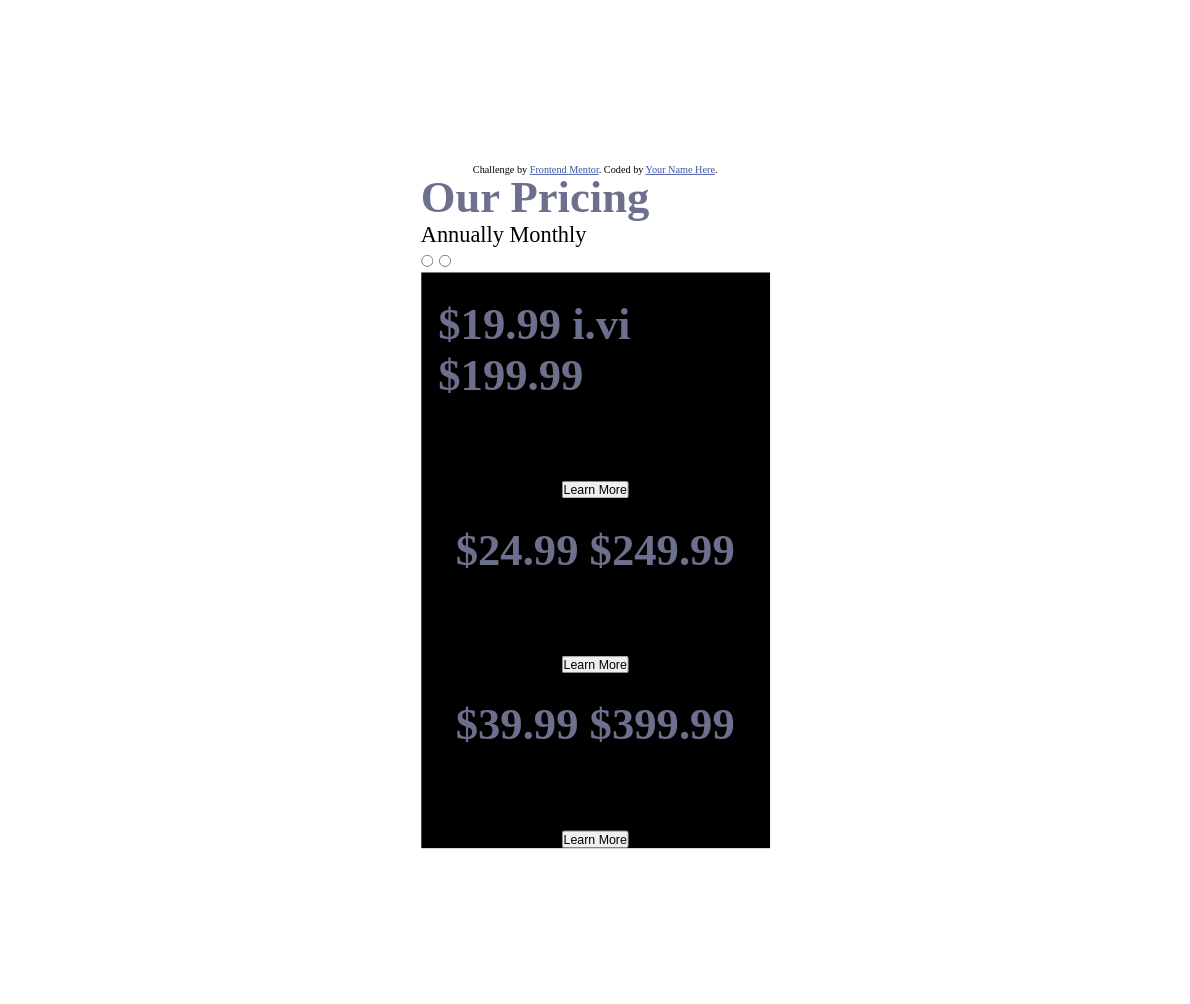
Repository: JuzzJoel/pricing-component-with-toggle-master
Page: index.html
An editor plug-in stored every save of this project. The page is shown before and after a run of saves, followed by the edit.
The browser window is 1280 px wide. The pictures show the whole page, at 93% of full size.

Above is the page before, as saved 2025-05-24 08:13:02.

### index.html
<!DOCTYPE html>
<html lang="en">
<head>
  <meta charset="UTF-8">
  <meta name="viewport" content="width=device-width, initial-scale=1.0"> <!-- displays site properly based on user's device -->

  <link rel="icon" type="image/png" sizes="32x32" href="./images/favicon-32x32.png">

  <title>Frontend Mentor | [pricing-component-with-toggle-master]</title>
  <style>
    :root{

--linear-gradient: hsl(236, 72%, 79%) to hsl(237, 63%, 64%);

--clr-pri: hsl(240, 78%, 98%);
--clr-pri-acc: hsl(234, 14%, 74%);
--clr-sec: hsl(233, 13%, 49%);
--clr-sec-acc: hsl(232, 13%, 33%);
    }
*,
*::before,
*::after {
    box-sizing: border-box;
}

* {
    margin: 0;
    padding: 0;
    box-sizing: border-box;
}
.visually-hidden:not(:focus):not(:active) {
  clip: rect(0 0 0 0);
  clip-path: inset(50%);
  height: 1px;
  overflow: hidden;
  position: absolute;
  white-space: nowrap;
  width: 1px;
}
    .attribution { font-size: 11px; text-align: center;height: 1vh; }
    .attribution a { color: hsl(228, 45%, 44%); }
body{
  font-size: 0.95rem;
width: 100vw;
height: 150vh;
display: flex;
align-items: center;
justify-content: center;
flex-direction: column;
}


.container{
  width: 375px;
  height: 100vh;

}
  .pricing-header{
font-size: 1.5rem;
  }
  .pricing-header h1{
    color: var(--clr-sec);

  }
    .toggle-box{}

     .toggle-container{}

       .pricing{}

     .toggle-slider{

     }
   .content-body{
    display: flex;
    flex-direction: column;
    background: #000;

   }
   .content{
    display: flex;
    flex-direction: column;
    justify-content: space-evenly;
   }
   .card-container{
    display: flex;
    flex-direction: column;
    align-items: center;
   }
        .card{
          display: flex;
          flex-direction: column;
          align-items: center;
          width: 90%;
          height: 90%;
        }
          .rows-head{
            height: 35%;
          }

          .rows{
            height: 15%;
            border: 1px solid black;
          }
          .rows-button{
            height: 25%;
          }
  button{
    width: 100%;
    display: flex;
    align-items: center;
    justify-content: center;
  }

          @media(min-width:1440px){
            .content{
              flex-direction: row;
              justify-content: space-between;
             }
          }
  </style>
</head>
<body>
  <div class="attribution">
    Challenge by <a href="https://www.frontendmentor.io?ref=challenge" target="_blank">Frontend Mentor</a>.
    Coded by <a href="#">Your Name Here</a>.
  </div>


  <div class="container">
    <div class="pricing-header">
      <h1>Our Pricing</h1>
      <div class="toggle-box">
        Annually
        Monthly
        <div class="toggle-container">

          <input type="radio" class="pricing" id="price-annnual">
          <label for=""></label>

          <input type="radio" class="pricing" id="price-month">
          <label for=""></label>

          <div class="toggle-slider"></div>
        </div>
      </div>
      <div class="content-body">
        <div class="content">
          <div class="card-container">
<div class="card">
            <div class="rows-head">Basic
         <h1>   &dollar;19.99
           i.vi &dollar;199.99</h1>
          </div>
            <div class="rows">500 GB Storage</div>
            <div class="rows">2 Users Allowed</div>
            <div class="rows">Send up to 3 GB</div>
            <div class="rows-button"><button>Learn More</button></div>
          </div>
          </div>

          <div class="card-container">
            <div class="card">
            <div class="rows-head">Professional
              <h1>  &dollar;24.99
            &dollar;249.99 </h1>
          </div>
            <div class="rows">1 TB Storage</div>
            <div class="rows">5 Users Allowed</div>
            <div class="rows">Send up to 10 GB</div>
            <div class="rows-button"><button>Learn More</button></div>
          </div>
          </div>
          <div class="card-container">
            <div class="card">
            <div class="rows-head">Master
              <h1>   &dollar;39.99
            &dollar;399.99</h1>
          </div>
            <div class="rows">2 TB Storage</div>
            <div class="rows">10 Users Allowed</div>
            <div class="rows">Send up to 20 GB</div>
            <div class="rows-button"><button>Learn More</button></div>
          </div>
          </div>
        </div>
      </div>
    </div>
  </div>


</body>
</html>

After the next 2 saves:
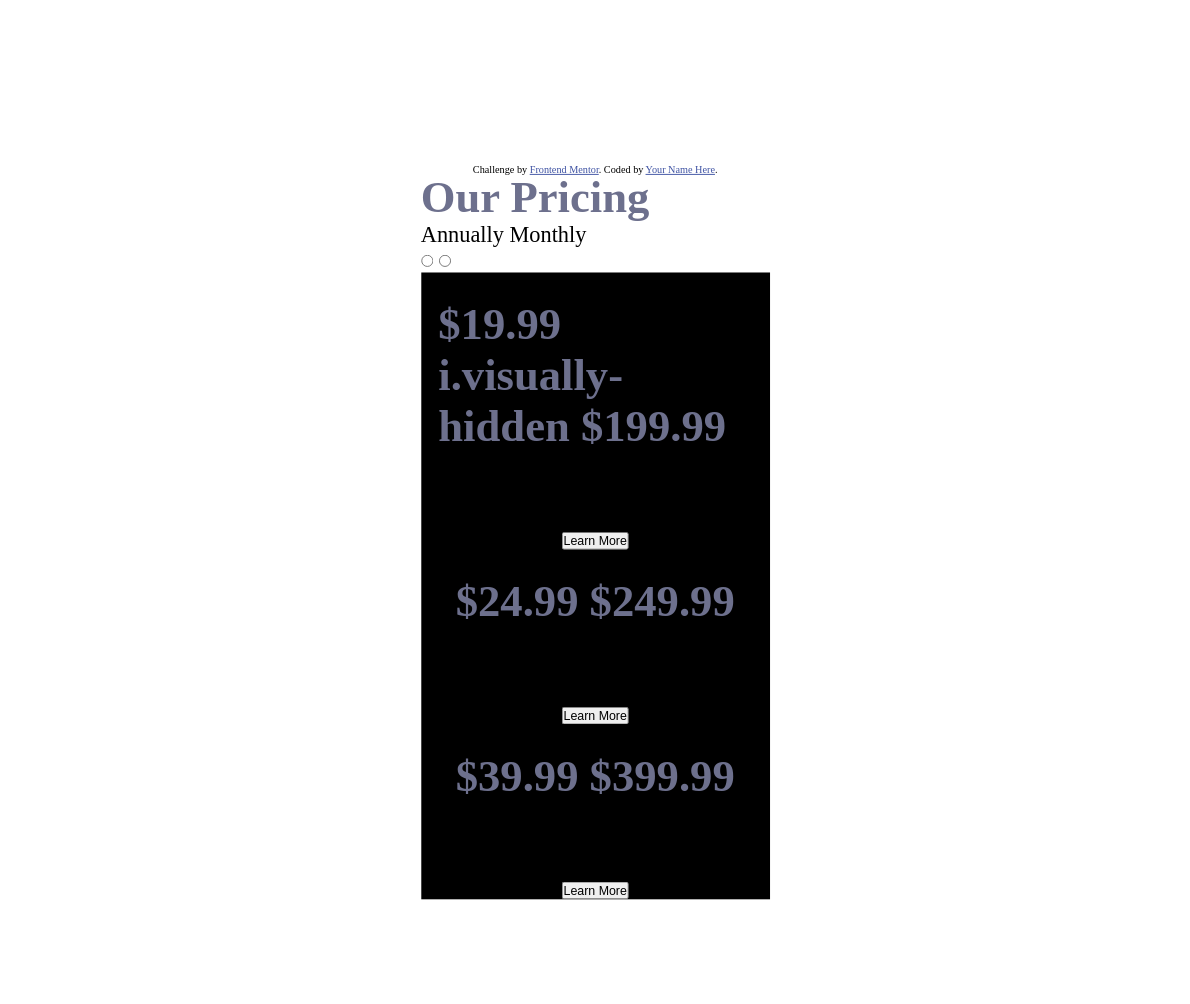
The 2 saves are shown as one change because they came seconds apart.
The last was saved 6 s later.
--- a/index.html
+++ b/index.html
@@ -150,7 +150,7 @@ font-size: 1.5rem;
 <div class="card">
             <div class="rows-head">Basic
          <h1>   &dollar;19.99
-           i.vi &dollar;199.99</h1>
+           i.visually-hidden &dollar;199.99</h1>
           </div>
             <div class="rows">500 GB Storage</div>
             <div class="rows">2 Users Allowed</div>
